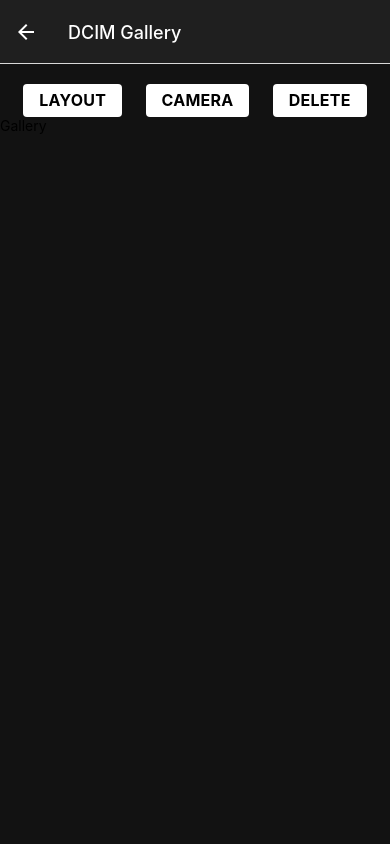
Repository: jzielinski47/react-native-camera-app
Screen: /gallery
The author's editor kept a copy of each file at every save. The screen is drawn from the files as they stood at one save, then again after a run of saves.
The app was drawn by React Native's web renderer in a window 390 px wide. The project was rebuilt for these pictures with package versions that can differ from the ones it lists, and the page was loaded fresh each time.

Above is the screen before, as saved 2022-12-04 15:11:45.

### App.jsx
import * as React from 'react';
import { NavigationContainer } from '@react-navigation/native';
import { createNativeStackNavigator } from '@react-navigation/native-stack';
import { StyleSheet, Text, View, StatusBar } from 'react-native';

import Main from './screens/Main';
import Gallery from './screens/Gallery';

const Stack = createNativeStackNavigator();

export default function App() {
  return (
    <NavigationContainer >
      <Stack.Navigator initialRouteName="main">
        <Stack.Screen name="main" component={Main} options={{ headerShown: false }} />
        <Stack.Screen name="gallery" component={Gallery} options={{ title: 'DCIM Gallery', headerStyle: { backgroundColor: '#1f1f1f' }, headerTintColor: '#fff', }} />
      </Stack.Navigator>
      <StatusBar style="auto" />
    </NavigationContainer>
  );
}

const styles = StyleSheet.create({
  container: { flex: 1, backgroundColor: '#121212' },
});

### screens/Main.jsx
import { StyleSheet, Text, View, StatusBar, ActivityIndicator, TouchableOpacity, ImageBackground, Image } from 'react-native';
import React from 'react'
import CustomButton from '../components/CustomButton';

const image = { uri: "https://images.pexels.com/photos/821749/pexels-photo-821749.jpeg" };

const Main = ({ navigation }) => {
    return (
        <View style={styles.container}>
            <ImageBackground source={image} style={styles.image} blurRadius={0} imageStyle={styles.cover}>
                <Image style={styles.icon} />
                <Text style={styles.title}>Camera App</Text>
                <Text style={styles.text}>Manage your photo gallery</Text>
                <CustomButton title={'Get started'} onPress={() => navigation.navigate('gallery')} />
            </ImageBackground>
        </View>
    )
}

const styles = StyleSheet.create({
    container: { flex: 1, backgroundColor: '#121212' },
    image: { flex: 1, resizeMode: 'cover', justifyContent: 'center', alignItems: 'center' },
    cover: { opacity: 0.7 },
    icon: { width: 50, height: 50, margin: 10 },
    title: { color: 'white', fontWeight: 'bold', fontSize: 32, marginBottom: 5 },
    text: { color: 'white', fontSize: 16, marginBottom: 30 }
});

export default Main;

### screens/Gallery.jsx
import { StyleSheet, Text, View, StatusBar, ActivityIndicator, TouchableOpacity, ImageBackground, Image } from 'react-native';
import React from 'react'
import CustomButtonEmp from '../components/CustomButtonEmp';

export default function Gallery() {
    return (
        <View style={styles.container}>
            <View style={styles.headlineBtns}>
                <CustomButtonEmp title={'layout'} onPress={() => console.log('layout')} />
                <CustomButtonEmp title={'camera'} onPress={() => console.log('camera')} />
                <CustomButtonEmp title={'delete'} onPress={() => console.log('delete')} />
            </View>
            <View>
                <Text>Gallery</Text>
            </View>

        </View>
    )
}

const styles = StyleSheet.create({
    container: { flex: 1, backgroundColor: '#121212' },
    headlineBtns: { flexDirection: 'row', justifyContent: 'space-evenly', paddingTop: '5%' },
    image: { flex: 1, justifyContent: 'center', alignItems: 'center' },
    icon: { width: 50, height: 50, margin: 10 },
    title: { color: 'white', fontWeight: 'bold', fontSize: 32, marginBottom: 5 },
    text: { color: 'white', fontSize: 16, marginBottom: 30 }
});

### components/CustomButton.jsx
import React from 'react';
import { StyleSheet, Text, View, StatusBar, ActivityIndicator, TouchableOpacity } from 'react-native';

const CustomButton = ({ title, onPress }) => {
    return (
        <TouchableOpacity onPress={onPress} style={styles.button}>
            <Text style={styles.text}>{title}</Text>
        </TouchableOpacity>
    );
};

const styles = StyleSheet.create({
    button: {
        alignItems: 'center',
        justifyContent: 'center',
        paddingVertical: 12,
        paddingHorizontal: 32,
        borderRadius: 4,
        // borderRadius: 30,
        elevation: 3,
        backgroundColor: 'black',
    },
    text: {
        fontSize: 16,
        lineHeight: 21,
        fontWeight: 'bold',
        letterSpacing: 0.25,
        color: 'white',
    }
});


export default CustomButton;

### components/CustomButtonEmp.jsx
import React from 'react';
import { StyleSheet, Text, View, StatusBar, ActivityIndicator, TouchableOpacity } from 'react-native';

const CustomButtonEmp = ({ title, onPress }) => {

    const upper = (str) => str.toUpperCase();

    return (
        <TouchableOpacity onPress={onPress} style={styles.button}>
            <Text style={styles.text}>{upper(title)}</Text>
        </TouchableOpacity>
    );
};

const styles = StyleSheet.create({
    button: {
        alignItems: 'center',
        justifyContent: 'center',
        paddingVertical: 6,
        paddingHorizontal: 16,
        borderRadius: 4,
        // borderRadius: 30,
        elevation: 3,
        backgroundColor: 'white',
    },
    text: {
        fontSize: 16,
        lineHeight: 21,
        fontWeight: 'bold',
        letterSpacing: 0.25,
        color: 'black',
    }
});


export default CustomButtonEmp;

After the next 2 saves:
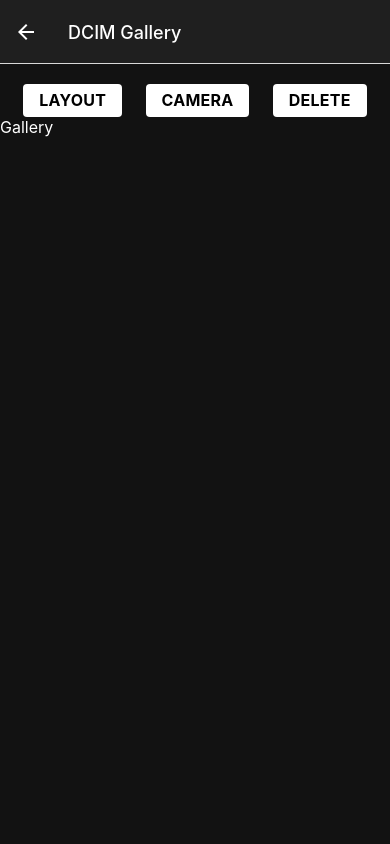
The 2 saves are shown as one change because they came seconds apart.
The last was saved 7 s later.
--- a/screens/Gallery.jsx
+++ b/screens/Gallery.jsx
@@ -11,9 +11,8 @@ export default function Gallery() {
                 <CustomButtonEmp title={'delete'} onPress={() => console.log('delete')} />
             </View>
             <View>
-                <Text>Gallery</Text>
+                <Text style={styles.text}>Gallery</Text>
             </View>
-
         </View>
     )
 }
